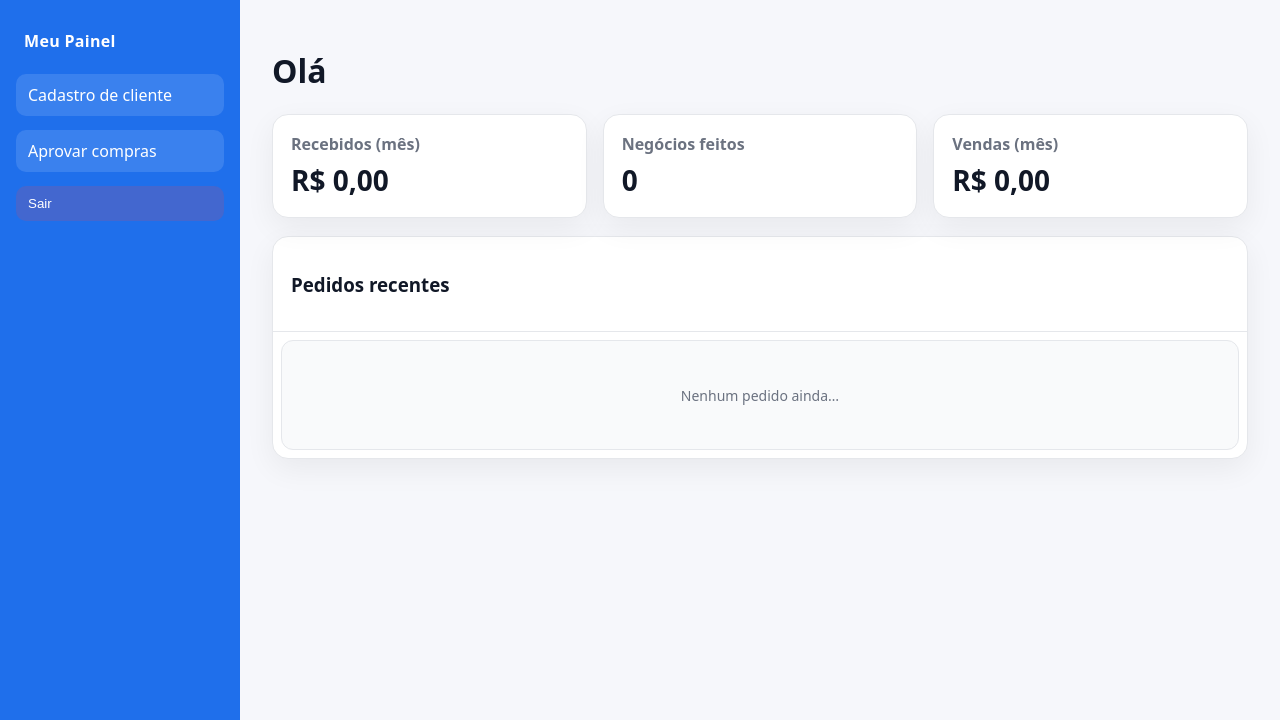
Repository: Rob-son-prog/NegocioSistema
Page: dashboard.html
An editor plug-in stored every save of this project. The page is shown before and after the next save, followed by the edit.
The browser window is 1280 px wide. The pictures show the whole page.
The page's requests for data from a server got no answer.

Above is the page before, as saved 2025-08-30 14:26:58.

After the next save:
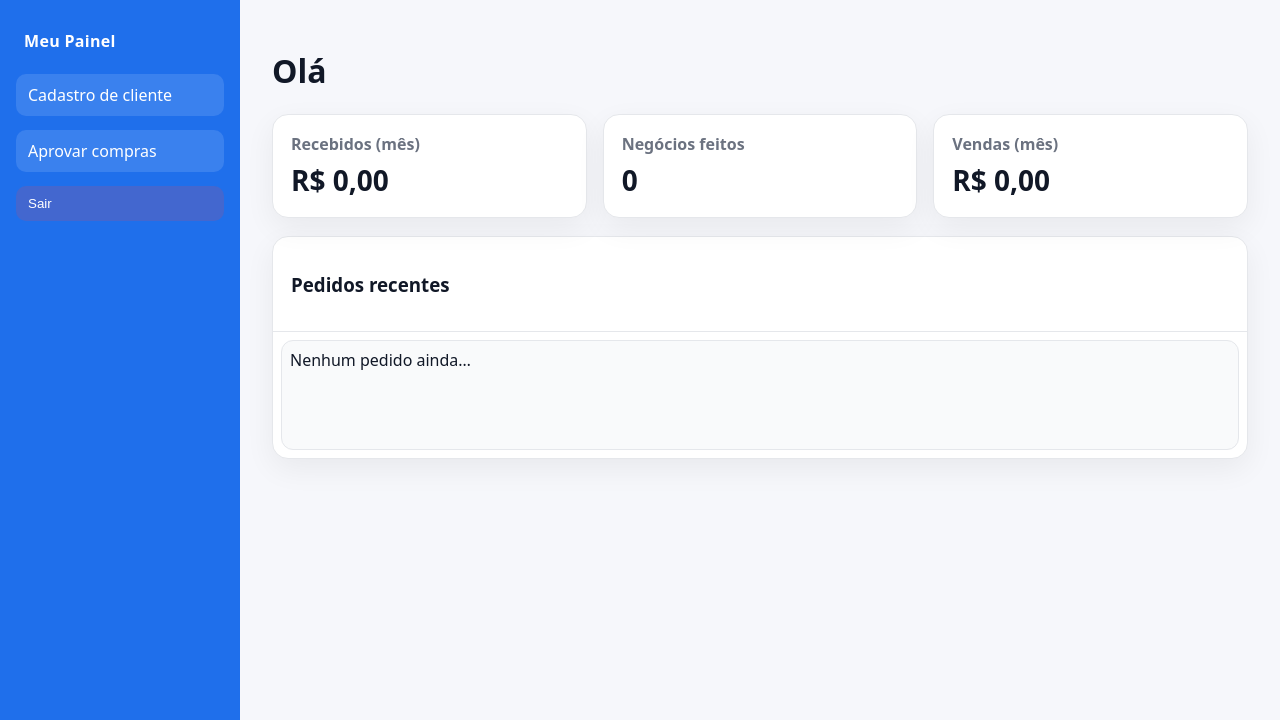
Saved 7 min 32 s later.
--- a/dashboard.html
+++ b/dashboard.html
@@ -3,11 +3,8 @@
 <head>
   <meta charset="utf-8" />
   <title>Painel</title>
-<link rel="stylesheet" href="style.css?v=3">
-
-
+  <link rel="stylesheet" href="style.css?v=3">
 </head>
-<!-- ... dentro do <header> do dashboard.html -->
 <body class="dashboard">
   <div class="layout">
     <!-- SIDEBAR -->
@@ -51,21 +48,18 @@
         </div>
       </section>
 
-      <!-- ÁREA PRINCIPAL (ex.: pedidos recentes) -->
+      <!-- PEDIDOS RECENTES -->
       <section class="panel">
-  <div class="panel-header">
-    <h3>Pedidos recentes</h3>
-  </div>
-  <div class="panel-body">
-    <div id="ordersRow" class="orders-row empty">Nenhum pedido ainda…</div>
-
-  </div>
-</section>
-
+        <div class="panel-header">
+          <h3>Pedidos recentes</h3>
+        </div>
+        <div class="panel-body">
+          <div id="ordersRow" class="orders-row" data-empty="true">Nenhum pedido ainda…</div>
+        </div>
+      </section>
     </main>
   </div>
 
   <script src="dashboard.js"></script>
 </body>
-
 </html>
